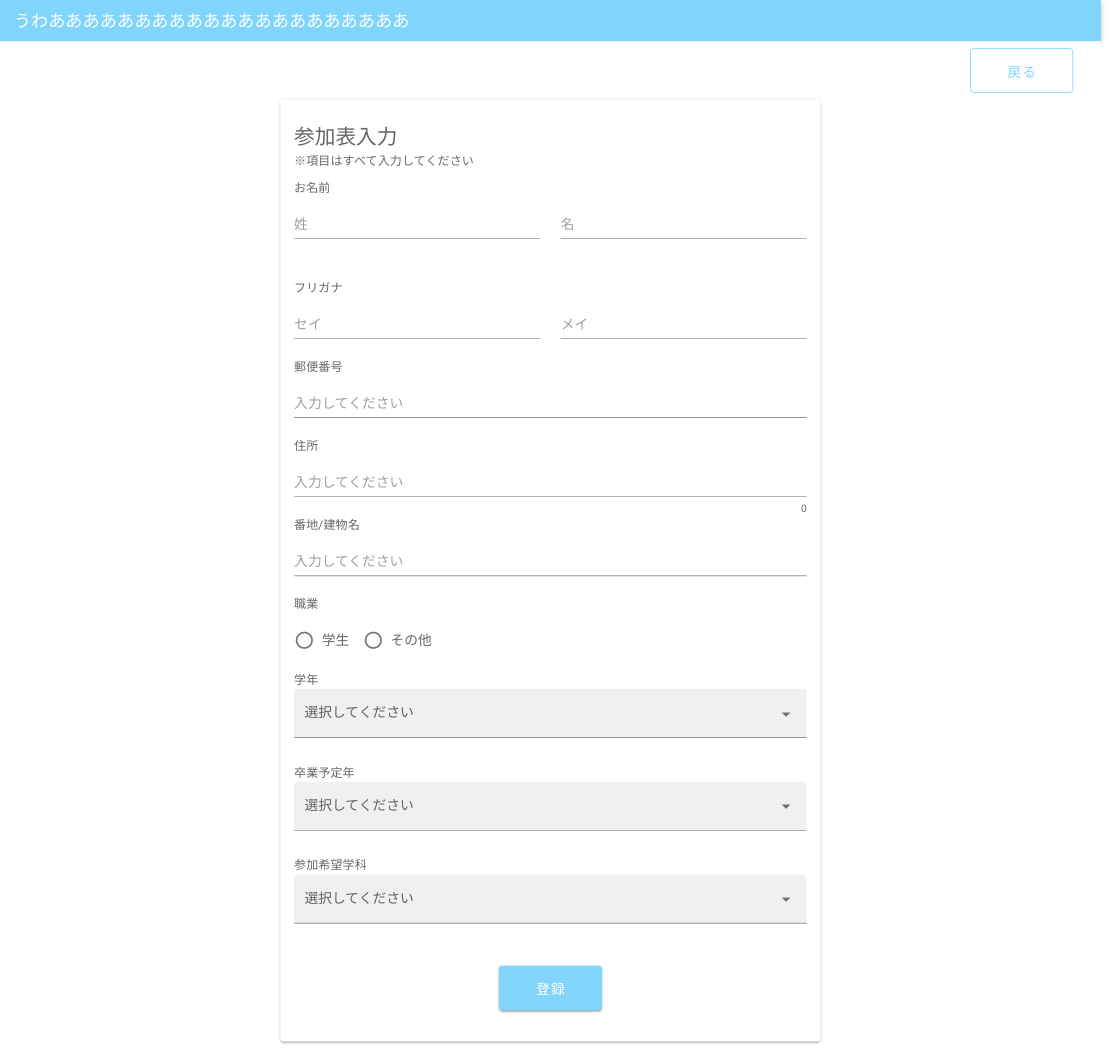
Repository: taniwhy/open-campus-system
Page: /#/register (app in client_view/)
These files come from the project's save history. The page is drawn as it stood at one moment and after the next save; the edit follows.
The browser window is 1280 px wide. The page is 1292 px wide, then 1280 px, then 1292 px, so the pictures cover 1292 px, including what lies to the right of the window. The pictures show the whole page, at 86% of full size.
The project was rebuilt for these pictures with package versions that can differ from the ones it lists, and the page was loaded fresh each time. Also part of the build but not shown: client_view/vue.config.js.

Above is the page before, as saved 2019-11-28 11:59:08.

After the next save:
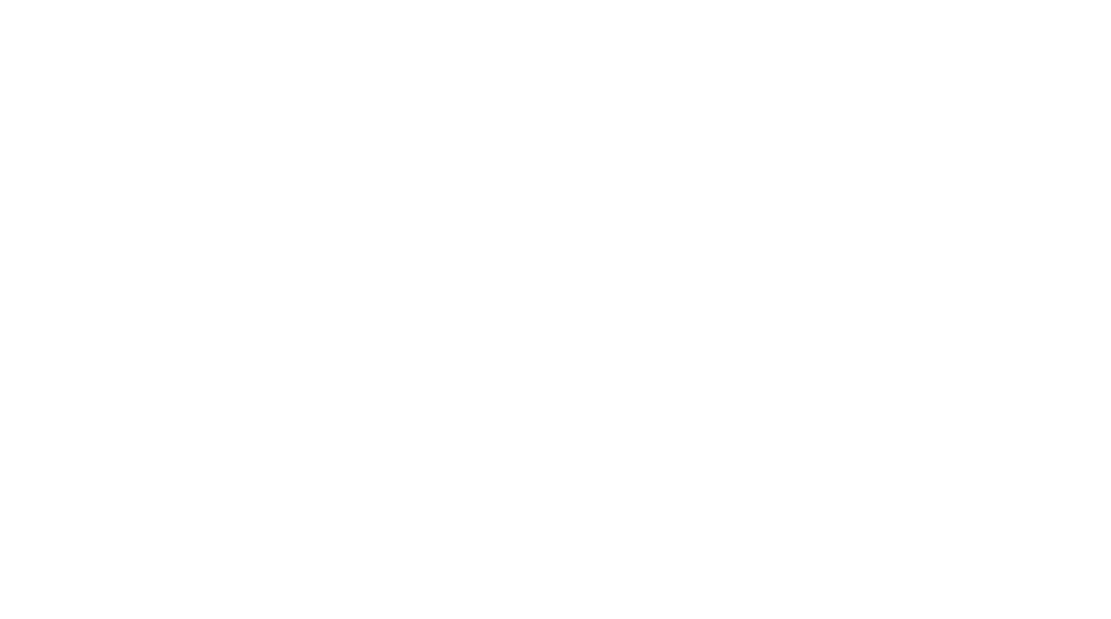
Console error: ReferenceError: Vue is not defined
Saved 23 s later.
--- a/client_view/src/components/Register.vue
+++ b/client_view/src/components/Register.vue
@@ -137,9 +137,24 @@
 </template>
 
 <script>
+new Vue({
+  el: '#app',
+  data: {
+    show: true
+  },
+  methods: {
+    handler: function (event) {
+      if(event.target.value === 'a'){
+         this.show = true
+      }else{
+        this.show = false
+     }
+    }
+  }
+})
+
 export default {
   name: "Register",
-
   data: () => ({
     student_check: false,
     gakunen_items: ["1学年", "2学年", "3学年", "4学年"],

After the save that followed:
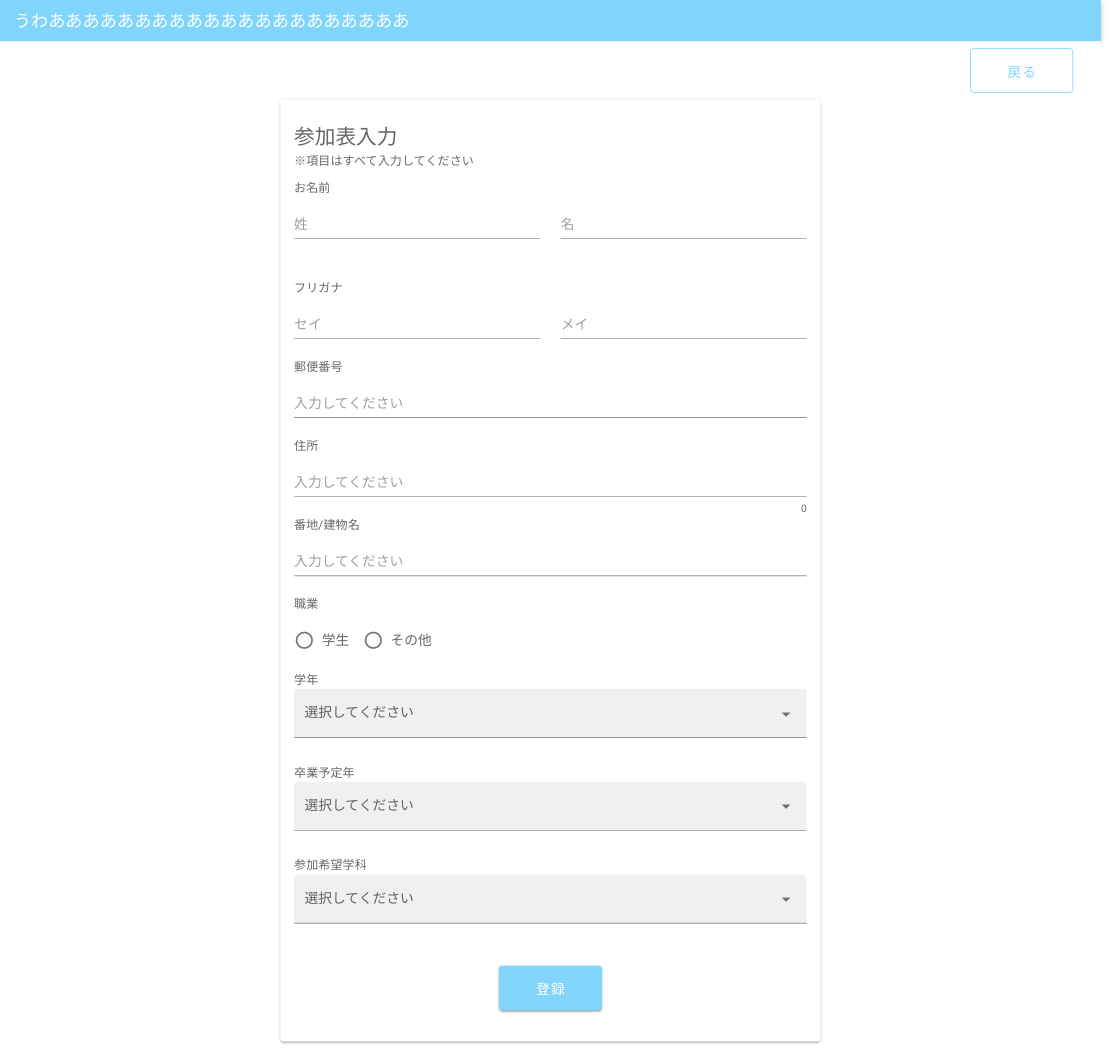
The error is gone.
Saved 2 min 32 s later.
--- a/client_view/src/components/Register.vue
+++ b/client_view/src/components/Register.vue
@@ -137,22 +137,6 @@
 </template>
 
 <script>
-new Vue({
-  el: '#app',
-  data: {
-    show: true
-  },
-  methods: {
-    handler: function (event) {
-      if(event.target.value === 'a'){
-         this.show = true
-      }else{
-        this.show = false
-     }
-    }
-  }
-})
-
 export default {
   name: "Register",
   data: () => ({
